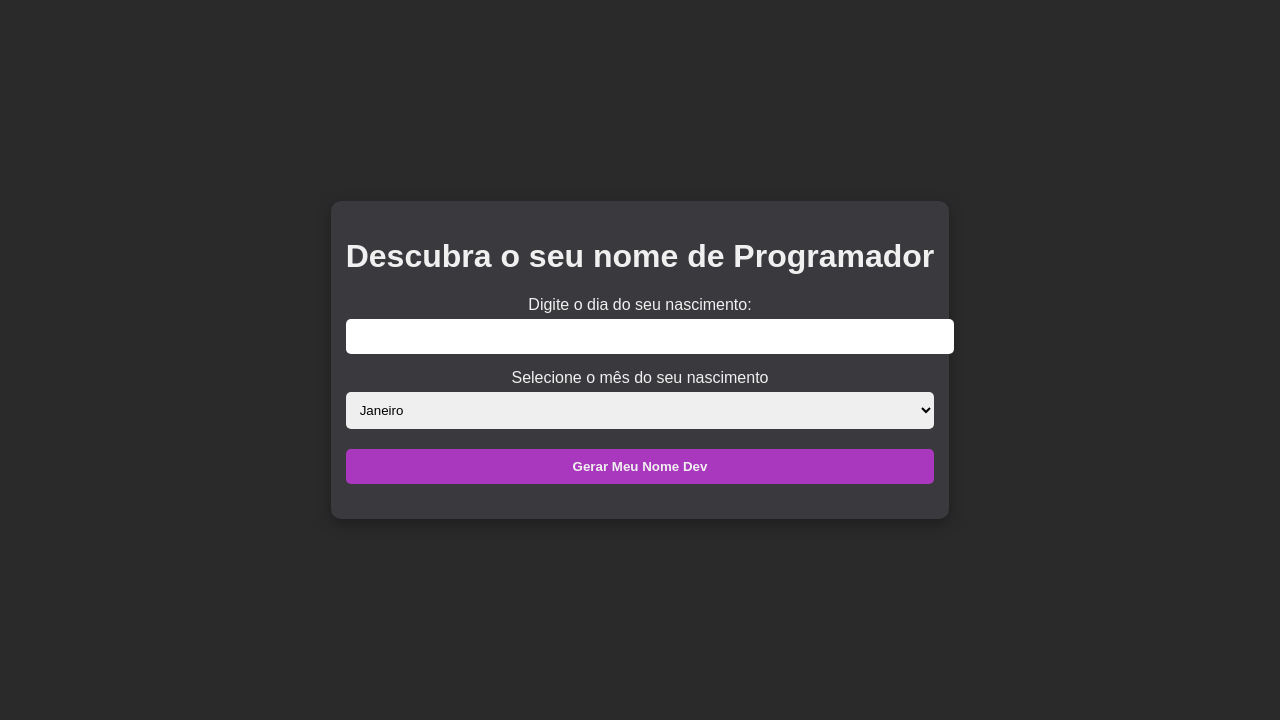
Repository: analessp/seu-nome-dev
Page: index.html
The author's editor kept a copy of each file at every save. The page is drawn from the files as they stood at one save, then again after the next save.
The browser window is 1280 px wide. The pictures show the whole page.

Above is the page before, as saved 2025-05-13 11:24:09.

After the next save:
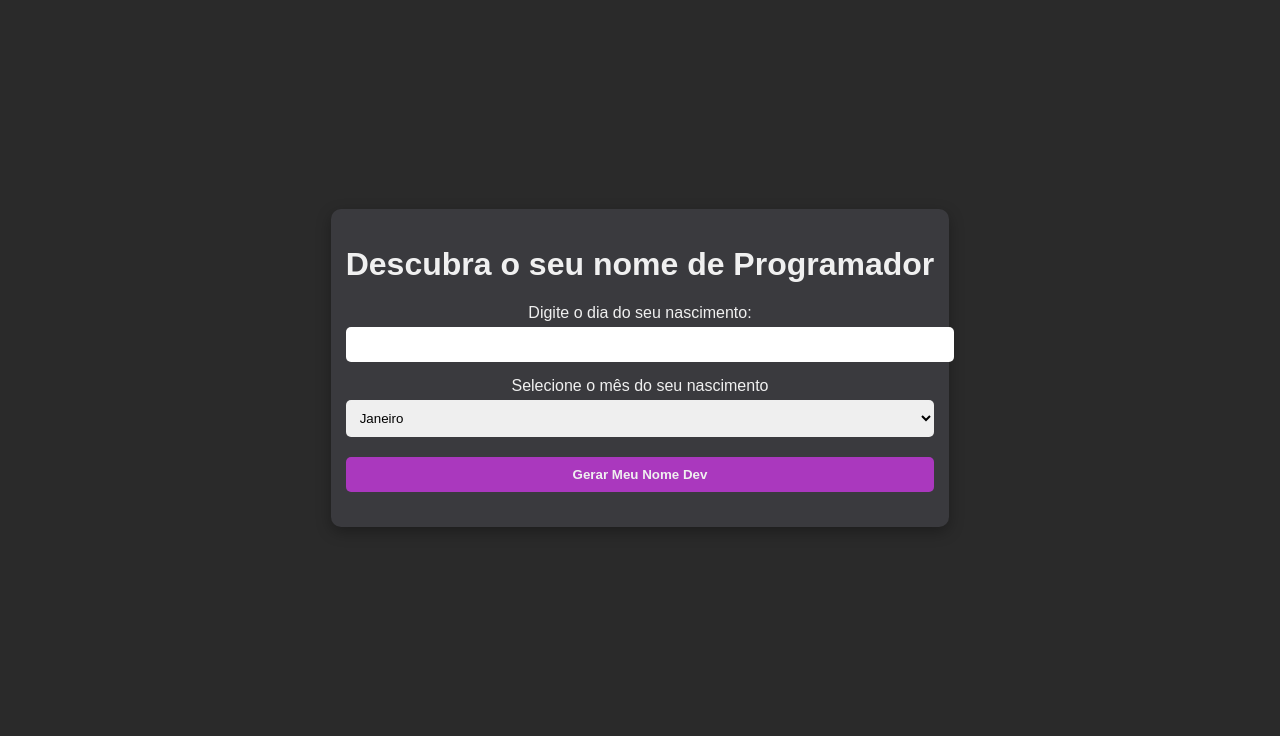
Saved 4 s later.
--- a/styles.css
+++ b/styles.css
@@ -6,7 +6,7 @@
     justify-content: center;
     align-items: center;
     height: 100vh;
-    margin: 0;
+    margin: 10;
 }
 
 .container {

After the 2 saves that followed:
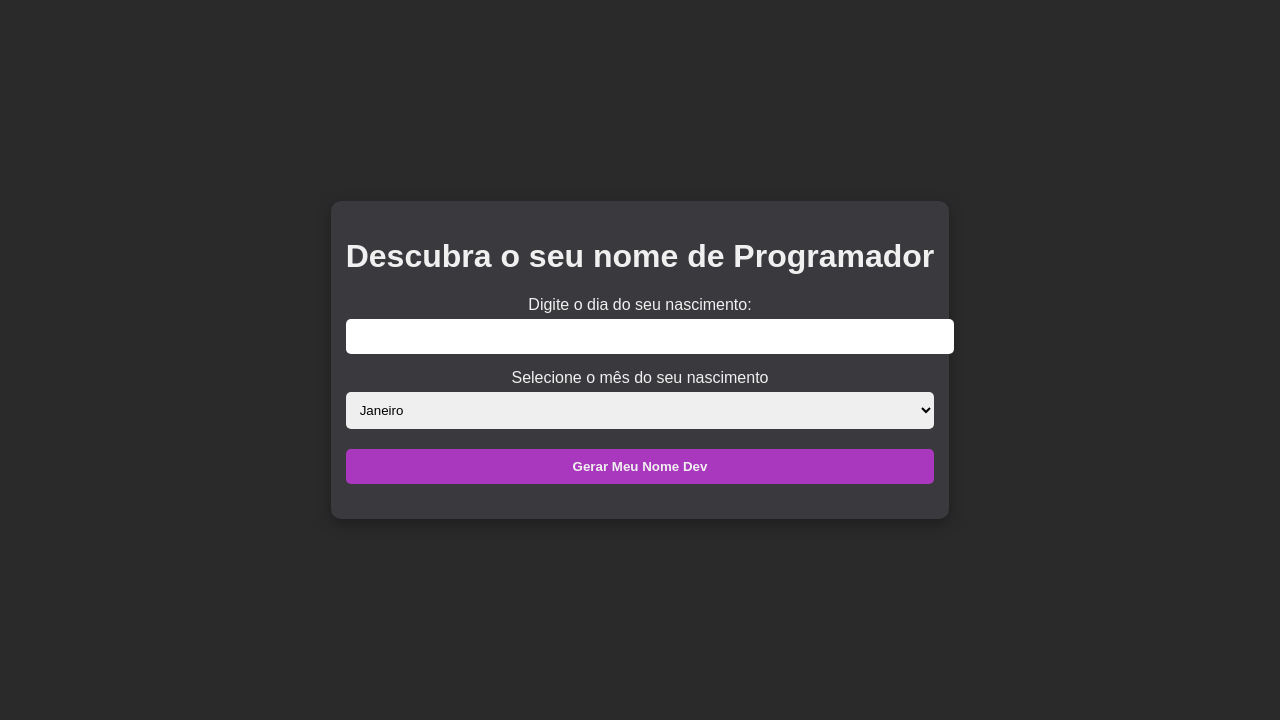
The 2 saves are shown as one change because they came seconds apart.
The last was saved 8 s later.
--- a/styles.css
+++ b/styles.css
@@ -6,7 +6,7 @@
     justify-content: center;
     align-items: center;
     height: 100vh;
-    margin: 10;
+    margin: 0;
 }
 
 .container {
